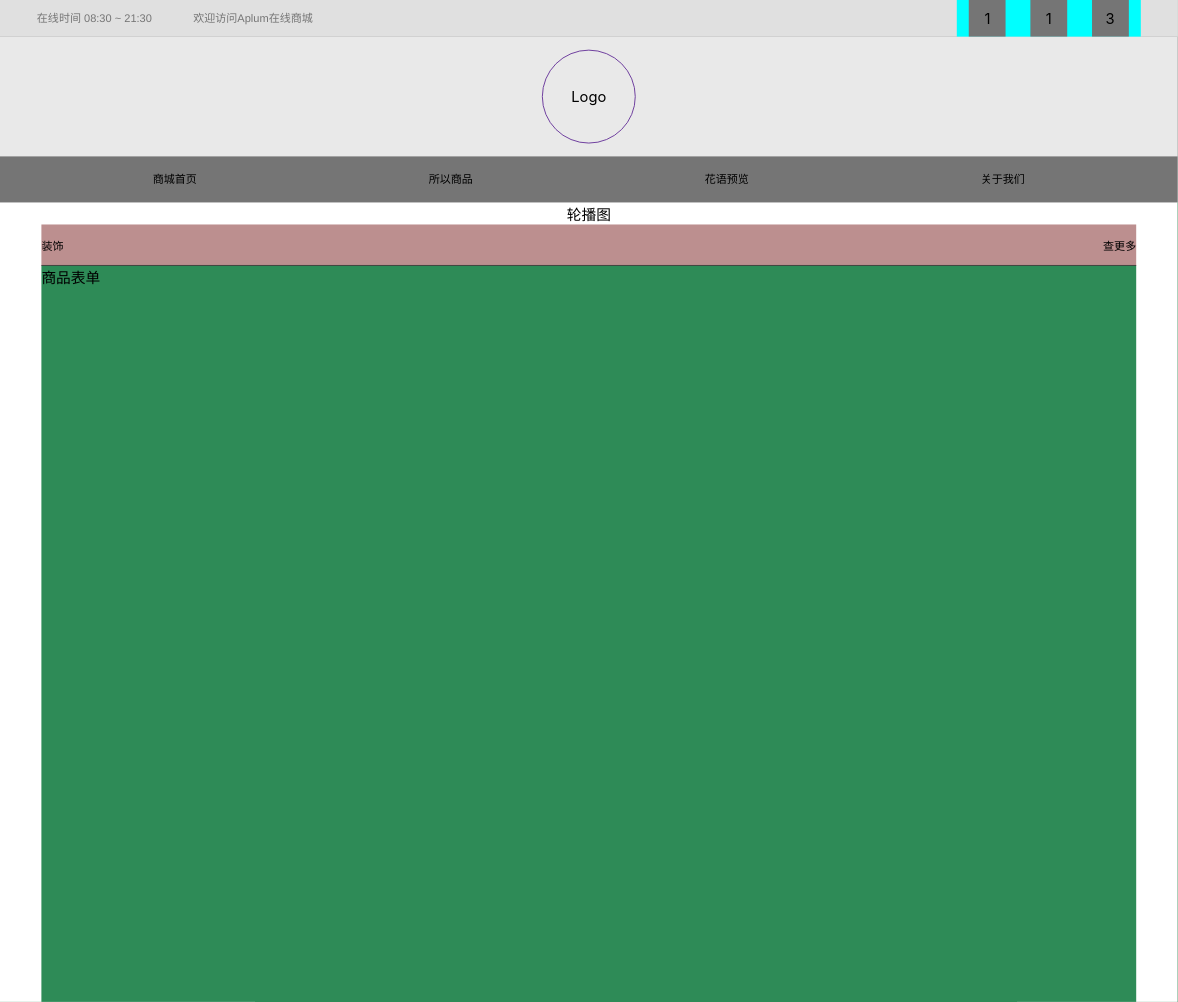
Repository: Alicehhhmm/aplum
Page: /
The author's editor kept a copy of each file at every save. The page is drawn from the files as they stood at one save, then again after the next save.
The browser window is 1280 px wide. The pictures show the whole page, at 92% of full size.
The project was rebuilt for these pictures with package versions that can differ from the ones it lists, and the page was loaded fresh each time. Also part of the build but not shown: src/components/footer/index.jsx, src/components/carousel/index.scss, src/App.css.

Above is the page before, as saved 2021-10-11 16:33:15.

After the next save:
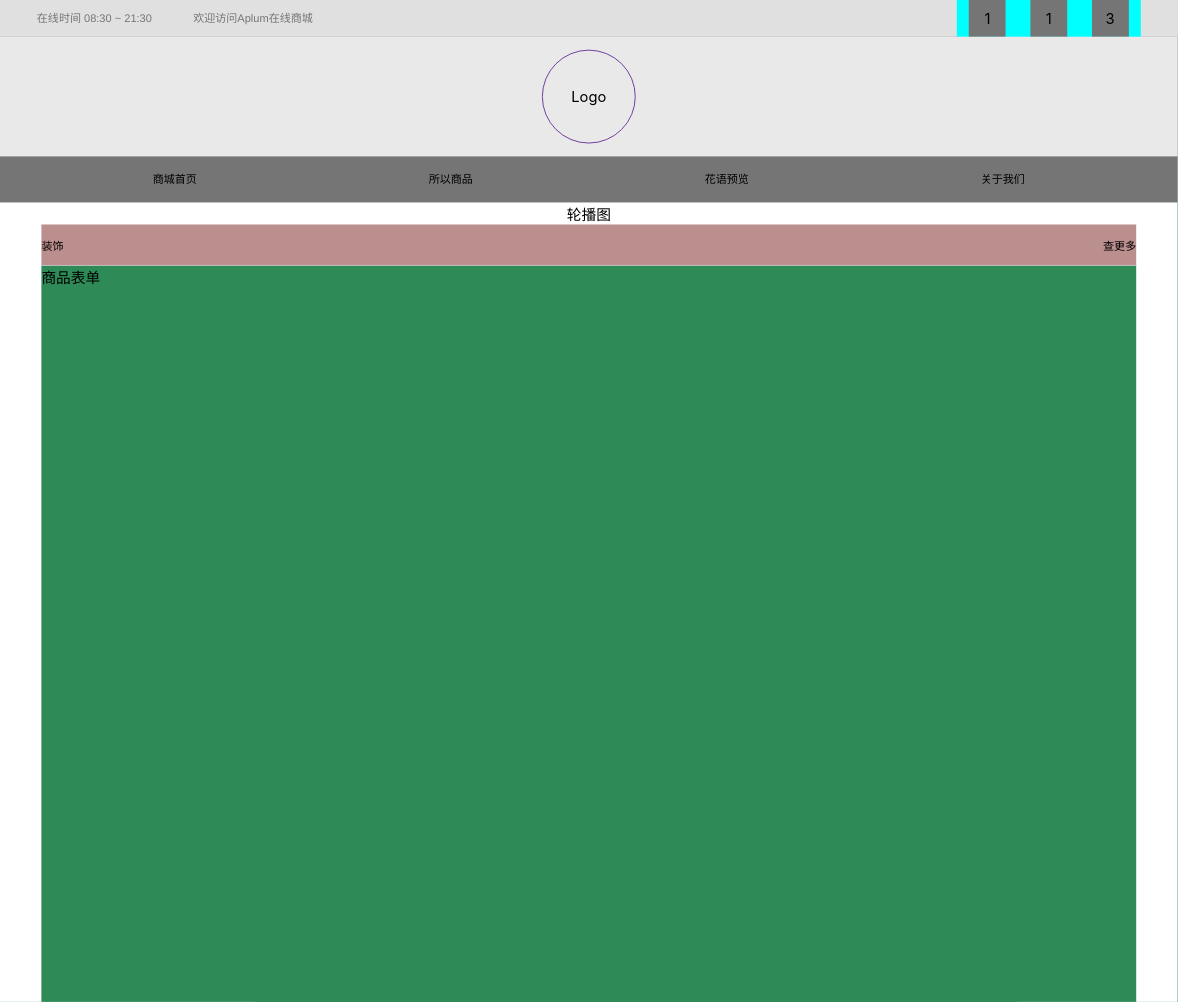
Saved 5 s later.
--- a/src/components/productList/topList/index.scss
+++ b/src/components/productList/topList/index.scss
@@ -4,7 +4,7 @@
     background-color: rosybrown;
     width: 1190px;
     height: 44px;
-    border-bottom:1px solid #333;
+    border-bottom:1px solid #ccc;
     display: flex;
     justify-content: space-between;
     align-items: center;

After the 2 saves that followed:
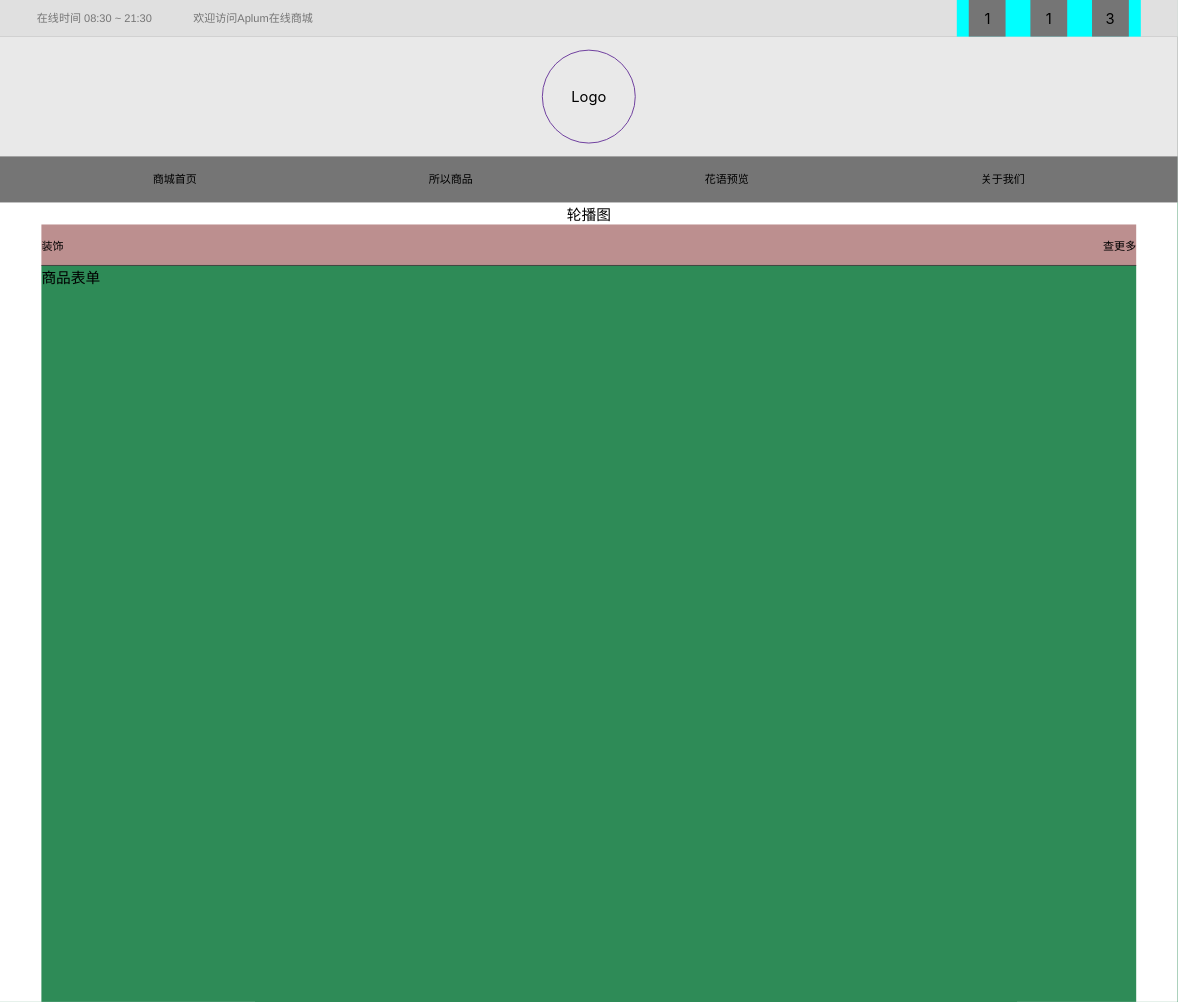
The 2 saves are shown as one change because 1 did not build or start.
The last was saved 11 s later.
--- a/src/components/productList/topList/index.scss
+++ b/src/components/productList/topList/index.scss
@@ -4,7 +4,7 @@
     background-color: rosybrown;
     width: 1190px;
     height: 44px;
-    border-bottom:1px solid #ccc;
+    border-bottom:1px solid #343434;
     display: flex;
     justify-content: space-between;
     align-items: center;
